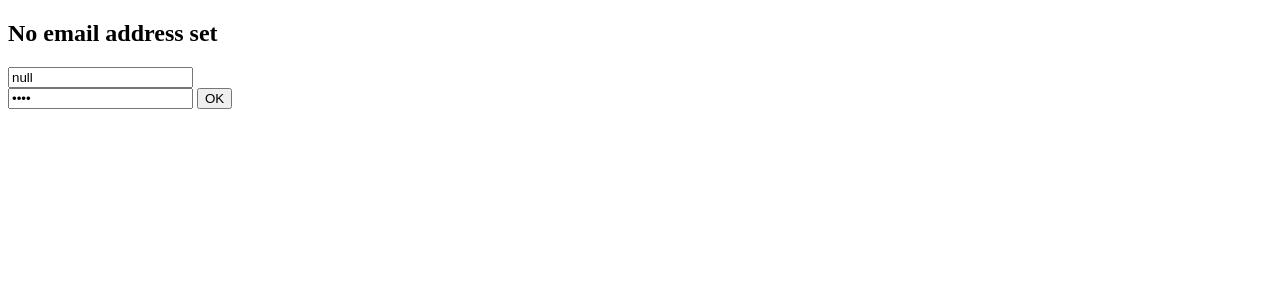
Repository: rkolan/DemoOne
Page: http://localhost/Tutorial-6-Forms/SelfValidatingForm.jsp
An editor plug-in stored every save of this project. The page is shown before and after the next save, followed by the edit.
The browser window is 1280 px wide. The pictures show the whole page.
The page is served by Tomcat 9.

Above is the page before, as saved 2015-12-14 21:14:30.

After the next save:
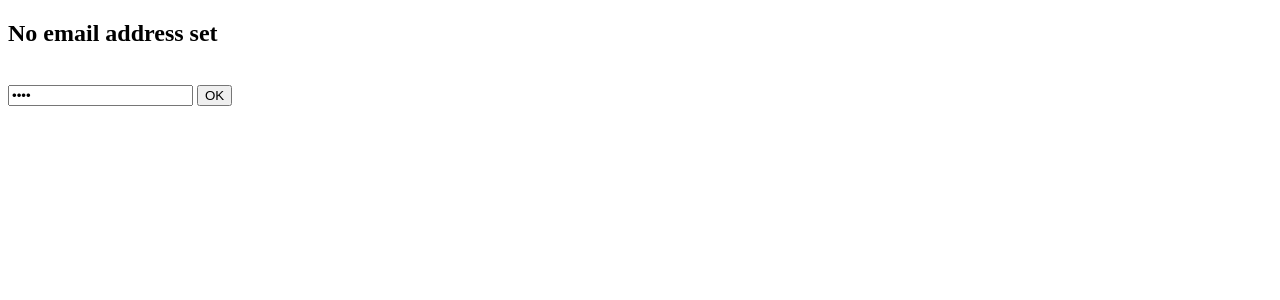
Saved 40 min 11 s later.
--- a/Tutorial-6-Forms/WebContent/SelfValidatingForm.jsp
+++ b/Tutorial-6-Forms/WebContent/SelfValidatingForm.jsp
@@ -23,6 +23,8 @@
 </h2>
 
 <form action="/Tutorial-6-Forms/SelfValidatingForm.jsp" method="post">
+
+<input type="hidden" name="action" value="submit"
 <input type="text" name="user" value="<jsp:getProperty name="user1" property="user" />"/> <br/>
 <input type="password" name="password" value="<jsp:getProperty name="user1" property="password" />"/>
 <input type="submit" value="OK" />

After the save that followed:
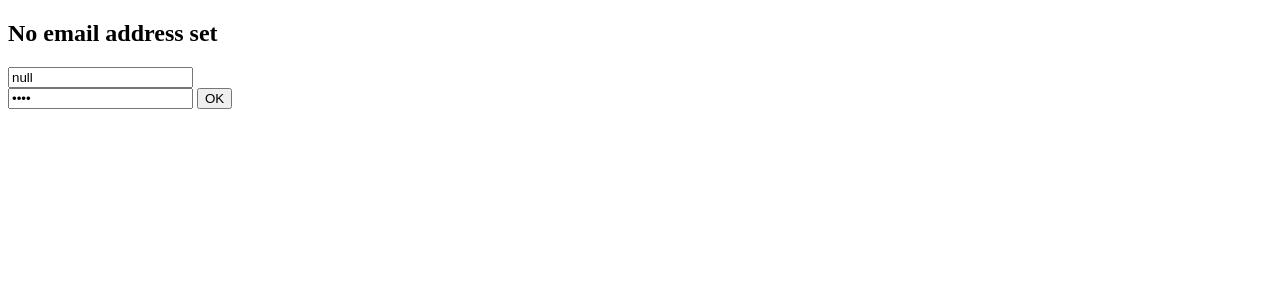
Saved 16 s later.
--- a/Tutorial-6-Forms/WebContent/SelfValidatingForm.jsp
+++ b/Tutorial-6-Forms/WebContent/SelfValidatingForm.jsp
@@ -24,7 +24,7 @@
 
 <form action="/Tutorial-6-Forms/SelfValidatingForm.jsp" method="post">
 
-<input type="hidden" name="action" value="submit"
+<input type="hidden" name="action" value="formsubmit" />
 <input type="text" name="user" value="<jsp:getProperty name="user1" property="user" />"/> <br/>
 <input type="password" name="password" value="<jsp:getProperty name="user1" property="password" />"/>
 <input type="submit" value="OK" />
